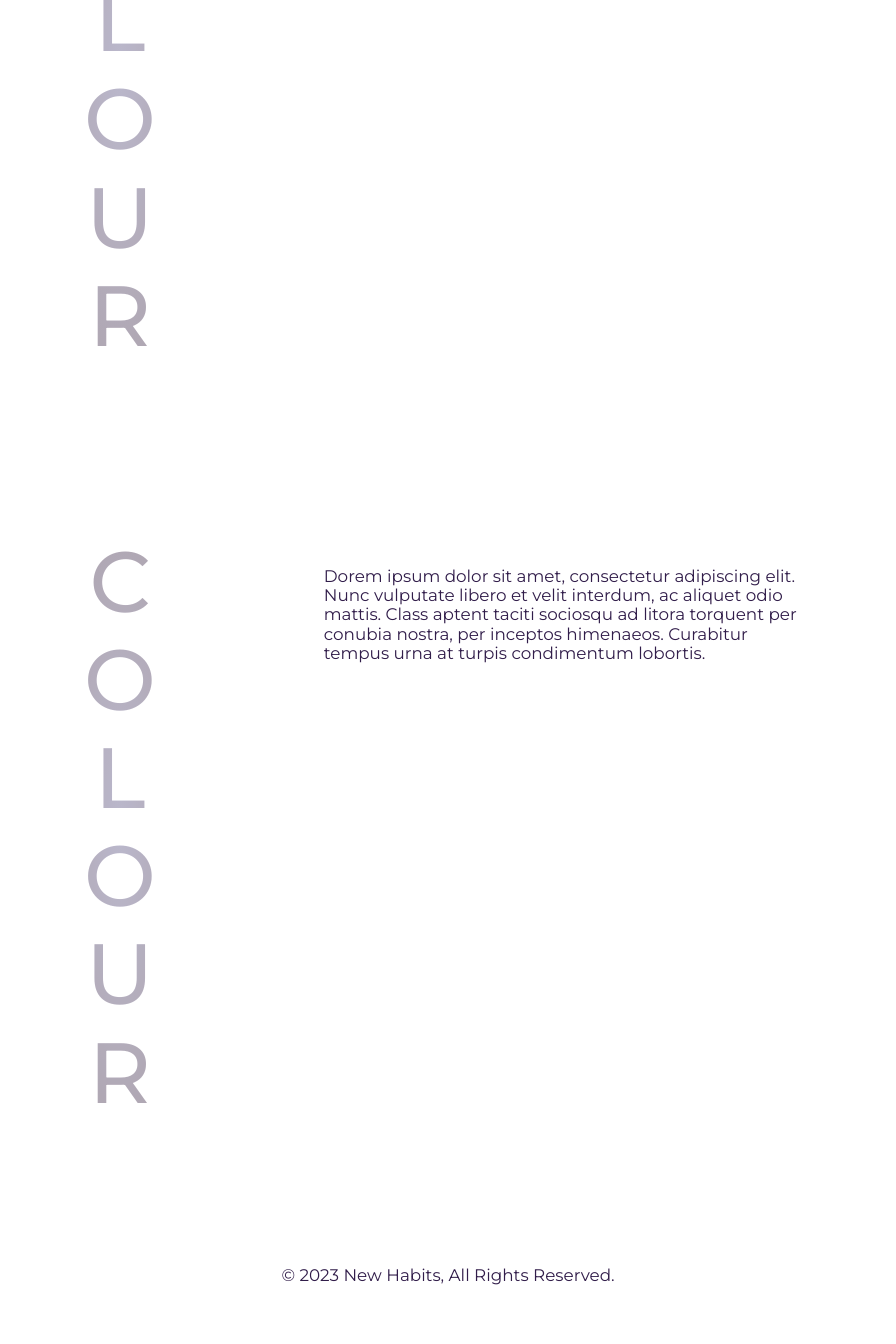
Repository: sierralaurent/Styleguide-Big_Project
Page: visuals.html
These files come from the project's save history. The page is drawn as it stood at one moment and after the next save; the edit follows.
The browser window is 1280 px wide. The pictures show the part of the page from y = 1384 to 3304 px (the page is 3304 px tall before and 3164 px after), at 70% of full size.
Some web fonts or font styles are not loaded; a fallback is used.

Above is the page before, as saved 2023-03-10 13:03:19.

After the next save:
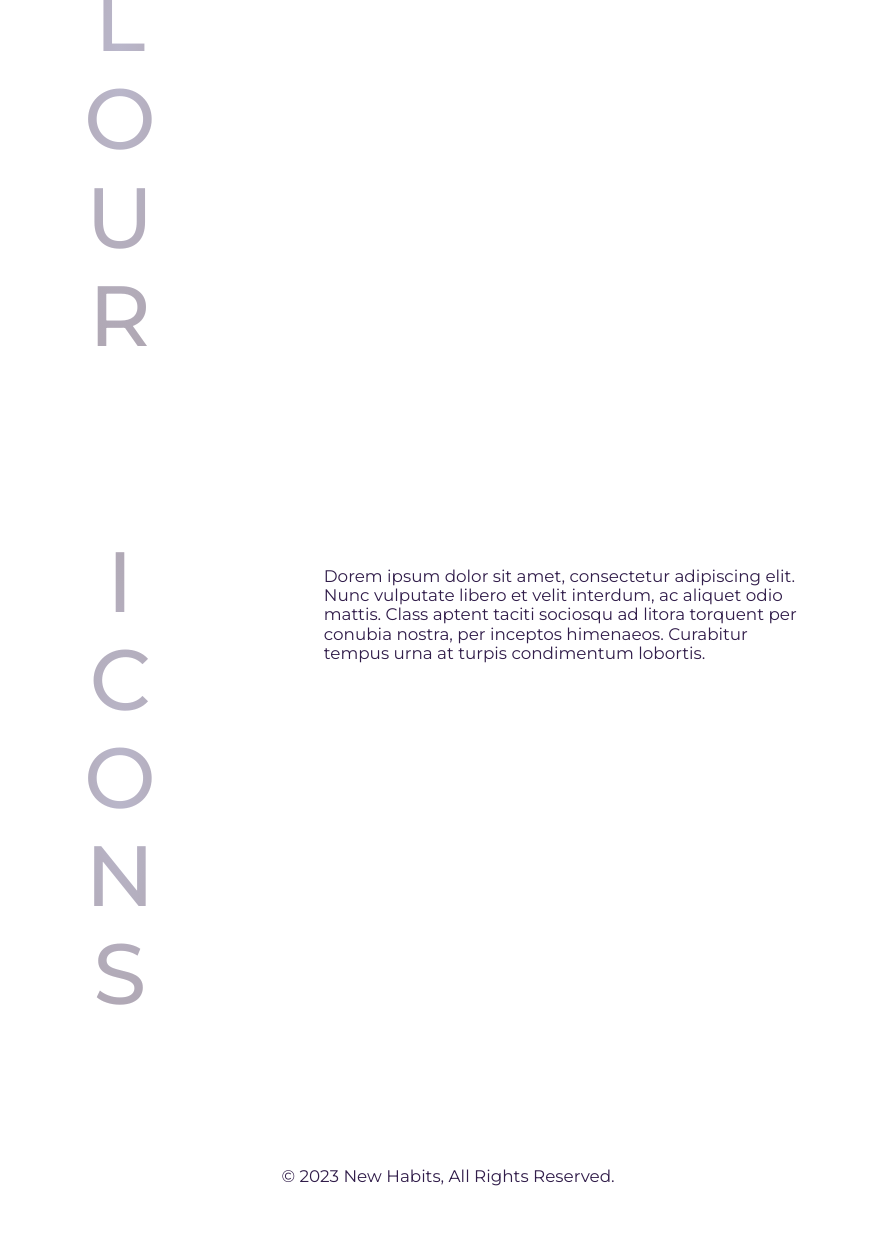
Saved 28 s later.
--- a/visuals.html
+++ b/visuals.html
@@ -79,17 +79,15 @@
         </div>
         <div class="home-container3">
             <p class="home-text03 sidetitle">
+              <span>I</span>
+              <br />
               <span>C</span>
               <br />
               <span>O</span>
               <br />
-              <span>L</span>
+              <span>N</span>
               <br />
-              <span>O</span>
-              <br />
-              <span>U</span>
-              <br />
-              <span>R</span>
+              <span>S</span>
               <br />
             </p>
             <p class="home-text17 body">
